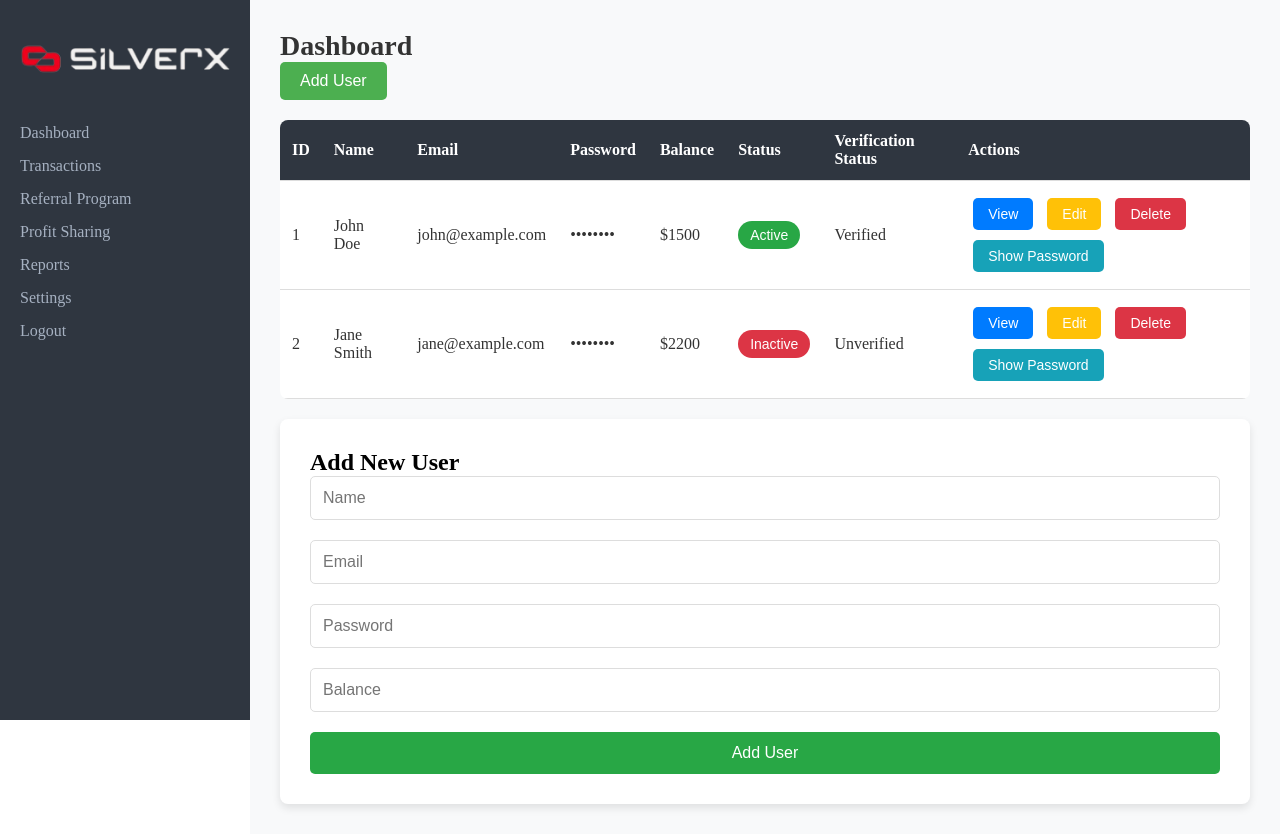
Repository: 2025silverx/slivedrX
Page: index.html
An editor plug-in stored every save of this project. The page is shown before and after the next save, followed by the edit.
The browser window is 1280 px wide. The pictures show the whole page.

Above is the page before, as saved 2025-01-19 13:39:33.

After the next save:
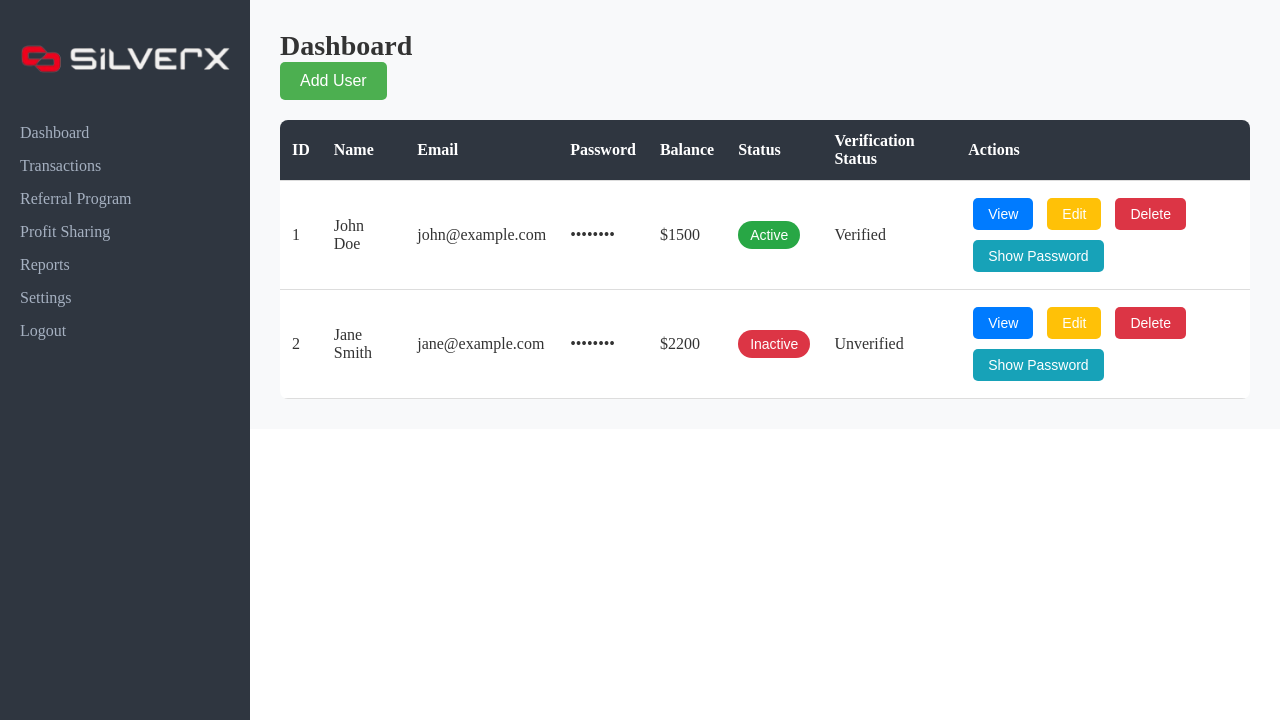
Saved 2 min 42 s later.
--- a/index.html
+++ b/index.html
@@ -6,7 +6,6 @@
     <title>Admin Panel - Users</title>
     <link rel="stylesheet" href="style.css">
 </head>
-
 <body>
     <div id="sidebar-container">
         <div class="sidebar">
@@ -72,19 +71,14 @@
                 </tr>
             </tbody>
         </table>
+    </div>
 
-        <!-- Add User Form -->
-        <div id="add-form-container" class="add-form">
-            <h2>Add New User</h2>
-            <form id="add-form">
-                <input type="text" id="add-name" placeholder="Name" required>
-                <input type="email" id="add-email" placeholder="Email" required>
-                <input type="password" id="add-password" placeholder="Password" required>
-                <input type="number" id="add-balance" placeholder="Balance" required>
-                <button type="submit">Add User</button>
-            </form>
-        </div>
-    </div>
+    <script>
+        // Add your JavaScript logic here
+    </script>
+</body>
+</html>
+
 
     <script>
         function addUser() {
